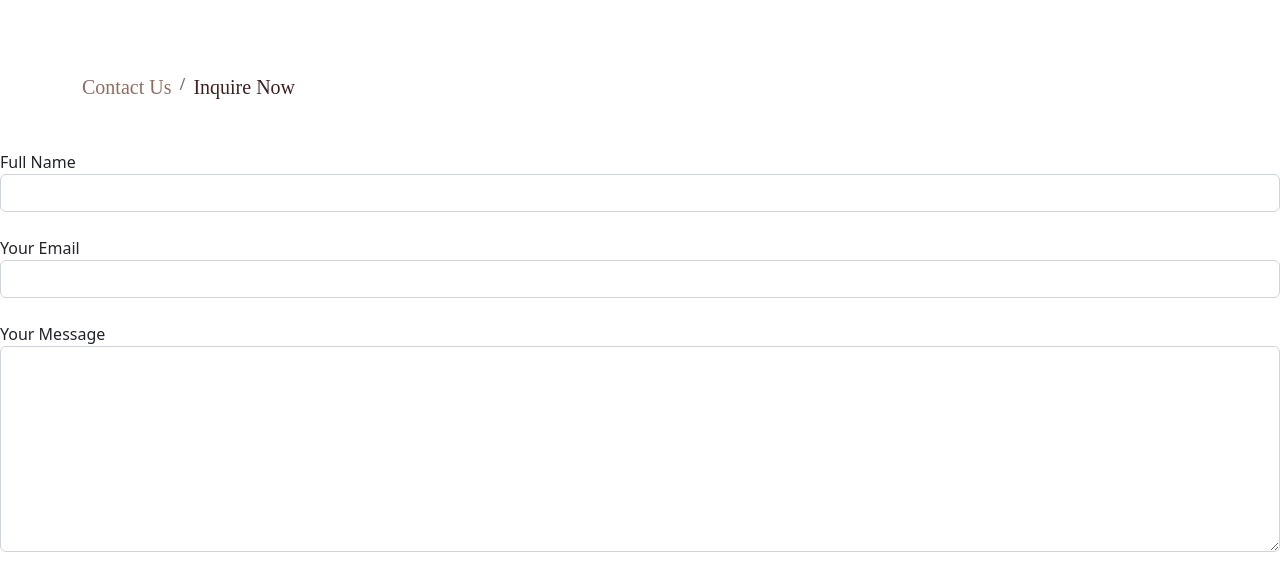
Repository: kaushalyaweerakoon/Plantation-Villa
Page: contact-us.html
The author's editor kept a copy of each file at every save. The page is drawn from the files as they stood at one save, then again after the next save.
The browser window is 1280 px wide. The pictures show the part of the page from y = 1313 to 1889 px (the page is 1889 px tall before and 1857 px after).
Some web fonts or font styles are not loaded; a fallback is used.

Above is the page before, as saved 2022-08-15 15:01:00.
Not found: assets/js/main.js

After the next save:
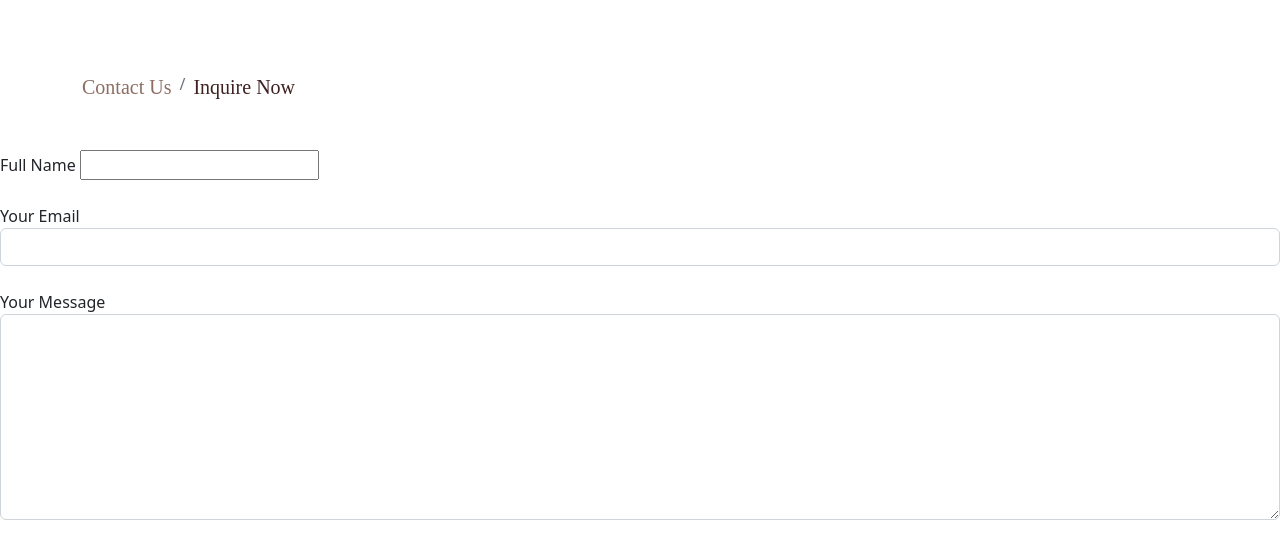
Saved 60 s later.
--- a/contact-us.html
+++ b/contact-us.html
@@ -121,7 +121,7 @@
             <div class="">
                 <div class="col mb-4">
                     <label for="fullname" class="">Full Name</label>
-                    <input type="text" class="form-control" id="fullname" aria-describedby="emailHelp">
+                    <input type="text" class="" id="fullname" aria-describedby="emailHelp">
                 </div>
 
                 <div class="col mb-4">

After the save that followed:
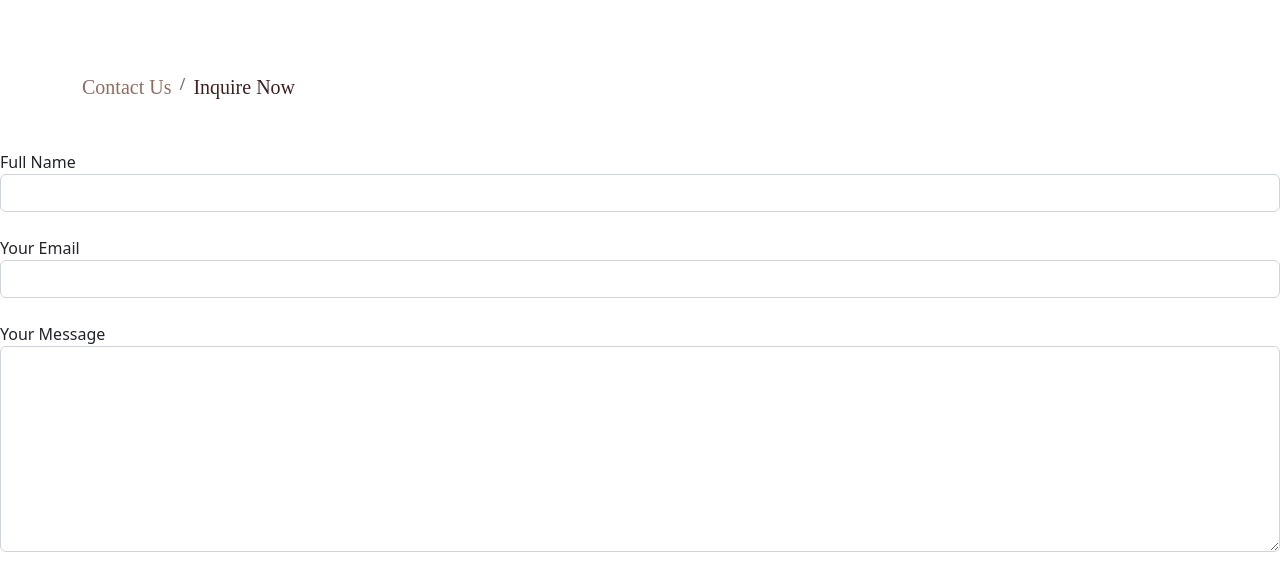
Saved 13 s later.
--- a/contact-us.html
+++ b/contact-us.html
@@ -121,7 +121,7 @@
             <div class="">
                 <div class="col mb-4">
                     <label for="fullname" class="">Full Name</label>
-                    <input type="text" class="" id="fullname" aria-describedby="emailHelp">
+                    <input type="text" class="form-control" id="fullname" aria-describedby="emailHelp">
                 </div>
 
                 <div class="col mb-4">
